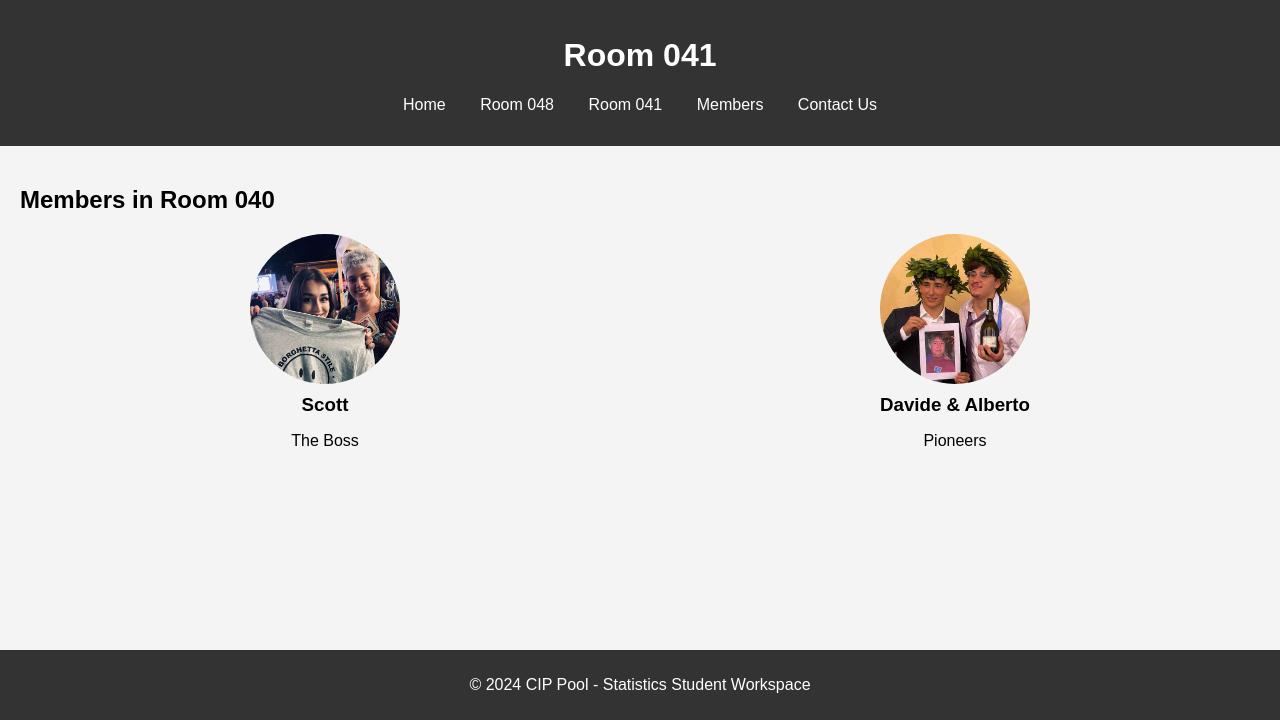
Repository: anjalisarawgi/cip_website
Page: room_041.html
The author's editor kept a copy of each file at every save. The page is drawn from the files as they stood at one save, then again after a run of saves.
The browser window is 1280 px wide. The pictures show the whole page.

Above is the page before, as saved 2024-06-14 12:31:15.

After the next 2 saves:
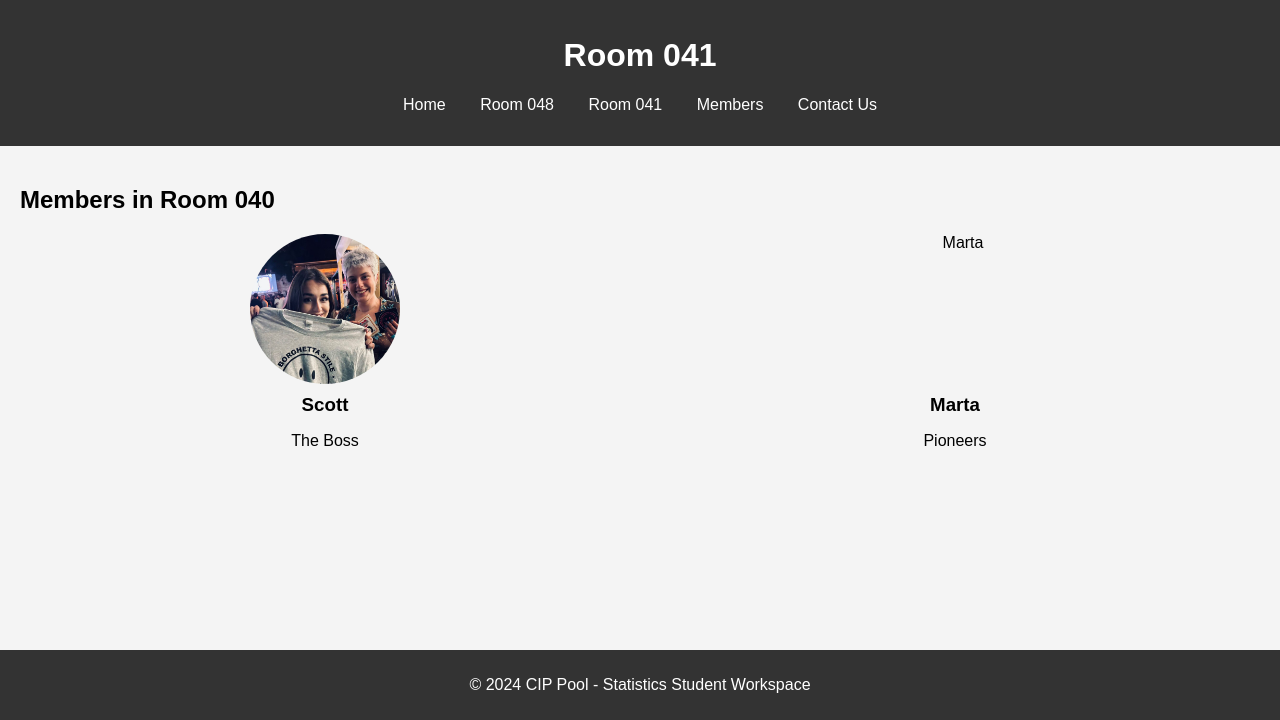
Not found: images/marta.jpeg
The 2 saves are shown as one change because they came seconds apart.
The last was saved 92 s later.
--- a/room_041.html
+++ b/room_041.html
@@ -31,9 +31,9 @@
                     </div>
                 </div>
                 <div class="member">
-                    <img src="images/davide_alberto.jpeg" alt="Davide & Alberto" class="member-photo">
+                    <img src="images/marta.jpeg" alt="Marta" class="member-photo">
                     <div class="member-info">
-                        <h3>Davide & Alberto</h3>
+                        <h3>Marta</h3>
                         <p>Pioneers</p>
                     </div>
                 </div>

After the save that followed:
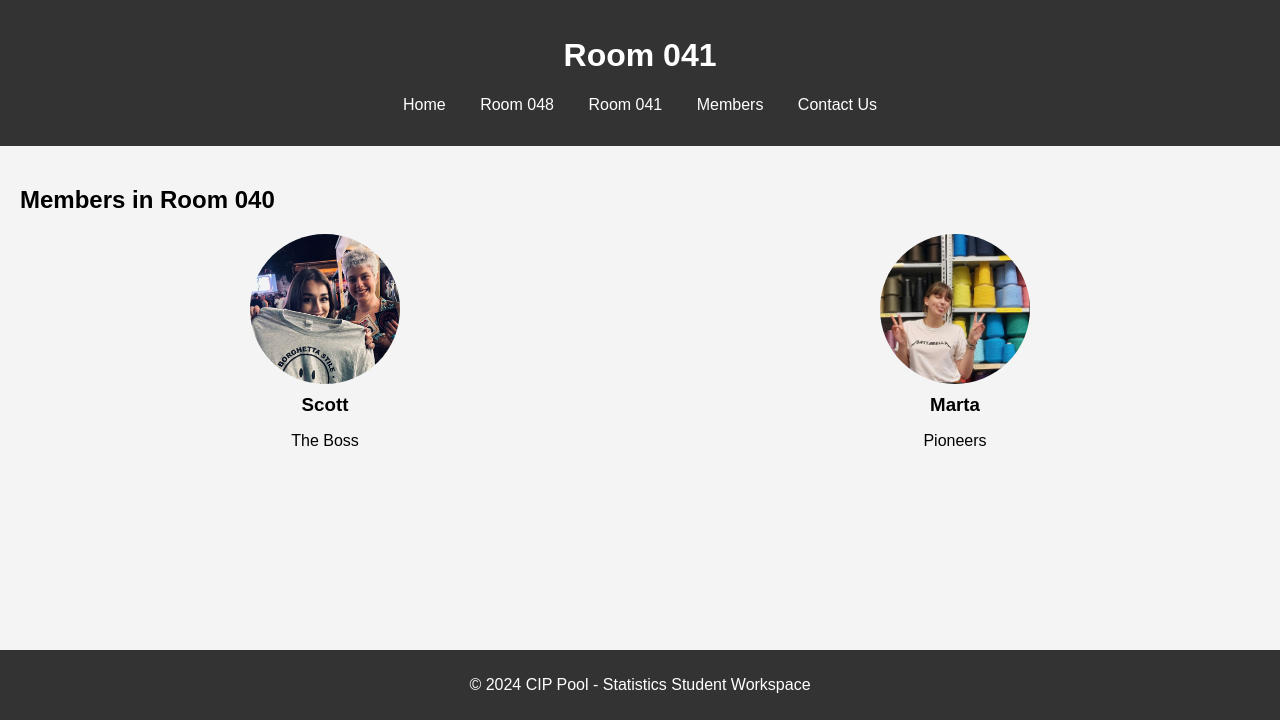
Saved 12 s later.
--- a/room_041.html
+++ b/room_041.html
@@ -31,7 +31,7 @@
                     </div>
                 </div>
                 <div class="member">
-                    <img src="images/marta.jpeg" alt="Marta" class="member-photo">
+                    <img src="images/marta.jpg" alt="Marta" class="member-photo">
                     <div class="member-info">
                         <h3>Marta</h3>
                         <p>Pioneers</p>
